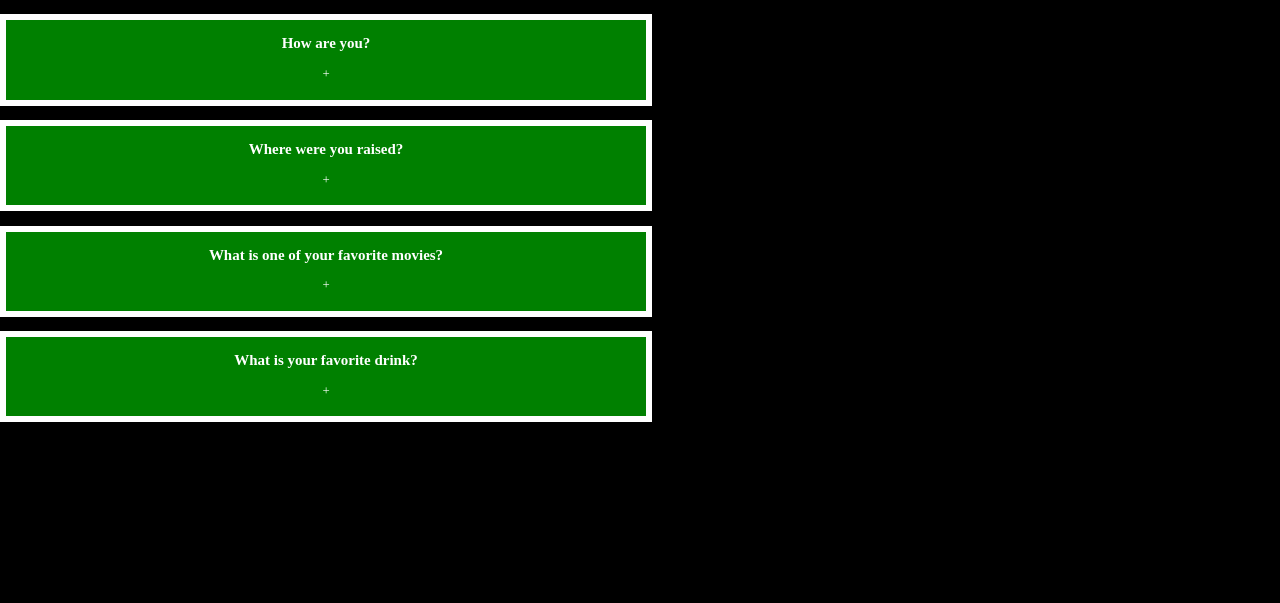
Repository: kosenijr/react-projects
Page: / (app in accordion/)
The author's editor kept a copy of each file at every save. The page is drawn from the files as they stood at one save, then again after a run of saves.
The browser window is 1280 px wide. The pictures show the whole page.
The project was rebuilt for these pictures with package versions that can differ from the ones it lists, and the page was loaded fresh each time.

Above is the page before, as saved 2024-03-02 23:04:55.

### accordion/src/App.js
import React from "react";
import "./App.css";
import SingleSelection from "./components/SingleSelection";

function App() {
  return (
    <div className="App">
      <SingleSelection />
    </div>
  );
}

export default App;

### accordion/src/components/SingleSelection.js
import React, { useState } from "react";
import "../styles/SingleSelection.css";
import data from "../data";

function Accordion() {
  // setting up useState
  const [selected, setSelected] = useState(null);
  // setting up handling
  const handleSingleSelection = (getCurrentId) => {
    console.log(selected, getCurrentId);
    // setSelected(getCurrentId === selected ? null : getCurrentId); // keep add condition for closure
    setSelected(selected !== getCurrentId ? getCurrentId : null)
  };

  return (
    <div className="wrapper">
      {/* single selection accordion */}
      <div className="accordion">
        {data && data.length > 0 ? (
          data.map((dataItem) => (
            <div className="item" key={dataItem.id}>
              {" "}
              {/* always remember to add key */}
              <div
                className="title"
                onClick={() => handleSingleSelection(dataItem.id)}
              >
                <h3>{dataItem.question}</h3>
                <span>+</span>
              </div>
              {selected === dataItem.id ? (
                <div className="content ">{dataItem.answer}</div>
              ) : null}
            </div>
          ))
        ) : (
          <div>No data found!</div>
        )}
      </div>
    </div>
  );
}

export default Accordion;

### accordion/src/styles/SingleSelection.css
.wrapper {
  display: flex;
  /* justify-content: center; */
  /* align-items: center; */
  height: 100vh;
  width: 100vw;
  background-color: black
}
.accordion {
  color: white;
}

.item {
  background-color: green;
  font-size: 0.8em;
  font-family: "Raleway", "Times New Roman";
  margin: 2vh 0;
  padding-bottom: 1vh;
  height: 10vh;
  width: 50vw;
  border: 0.5em solid white
}

.content {
  font-size: 1.2em;
  font-family:  "Raleway", "Times New Roman";
  font-weight: 600;
}

### accordion/src/data.js
const data = [
  {
    id: 1,
    question: "How are you?",
    answer: "I am well!",
  },

  {
    id: 2,
    question: "Where were you raised?",
    answer: "I was raised in Queens.",
  },

  {
    id: 3,
    question: "What is one of your favorite movies?",
    answer: "Harlem Nights",
  },

  {
    id: 4,
    question: "What is your favorite drink?",
    answer: "Water",
  },
];

export default data;

Loaded but not shown: accordion/public/index.html (common file); accordion/src/index.js (common file); accordion/src/index.css (common file); accordion/src/reportWebVitals.js (common file); accordion/src/App.css (common file)

After the next 2 saves:
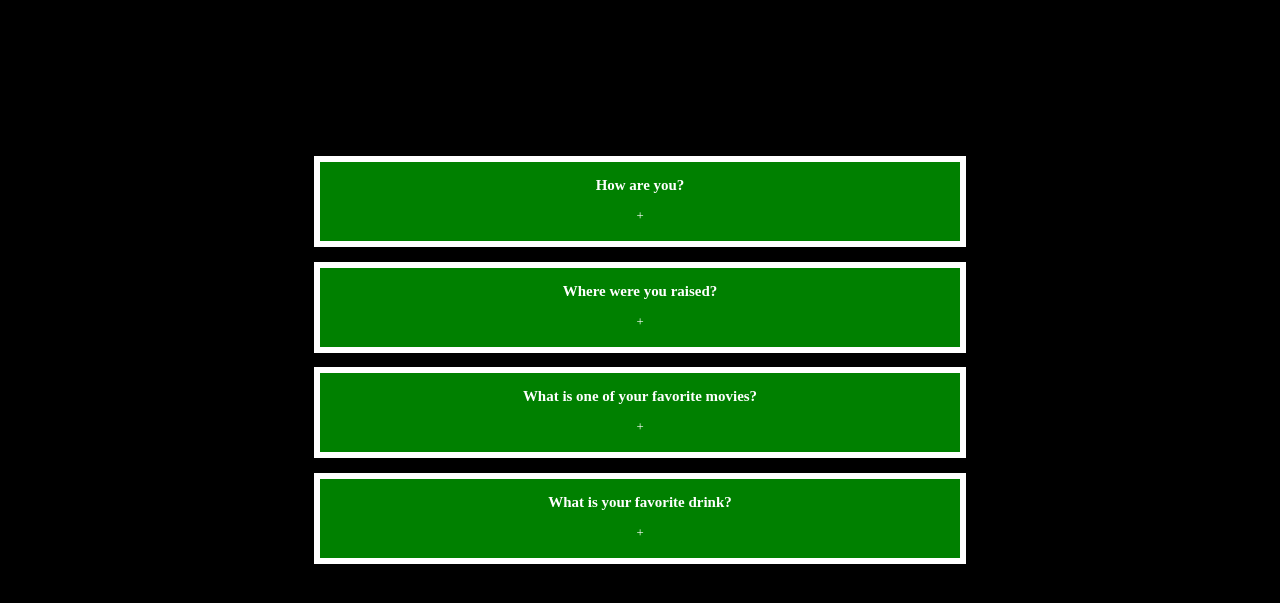
The 2 saves are shown as one change because they came seconds apart.
The last was saved 7 s later.
--- a/accordion/src/styles/SingleSelection.css
+++ b/accordion/src/styles/SingleSelection.css
@@ -1,7 +1,7 @@
 .wrapper {
   display: flex;
-  /* justify-content: center; */
-  /* align-items: center; */
+  justify-content: center;
+  align-items: center;
   height: 100vh;
   width: 100vw;
   background-color: black
